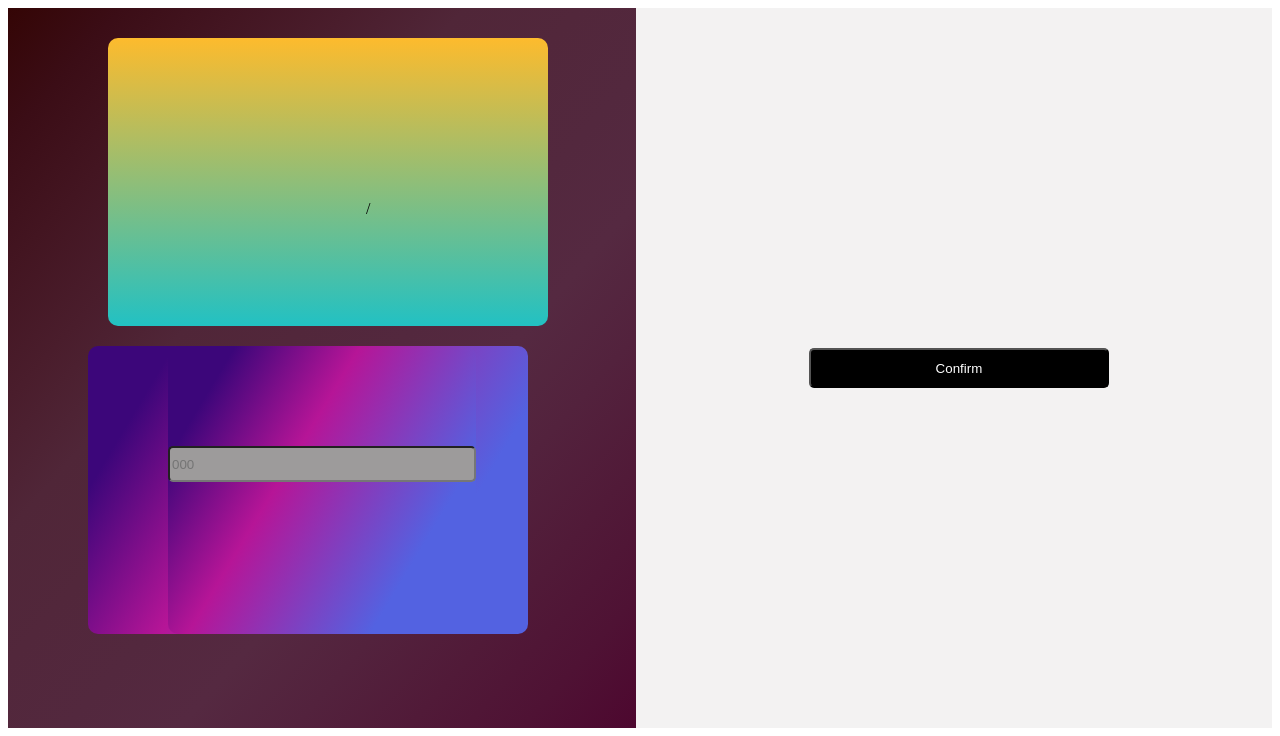
Repository: Abhi2359/frontendchallenge-1
Page: /
An editor plug-in stored every save of this project. The page is shown before and after a run of saves, followed by the edit.
The browser window is 1280 px wide. The pictures show the whole page.
The project was rebuilt for these pictures with package versions that can differ from the ones it lists, and the page was loaded fresh each time. Also part of the build but not shown: src/components/Add/Compelete.css, src/components/Add/Compelete.js.

Above is the page before, as saved 2023-02-15 17:46:35.

After the next 3 saves:
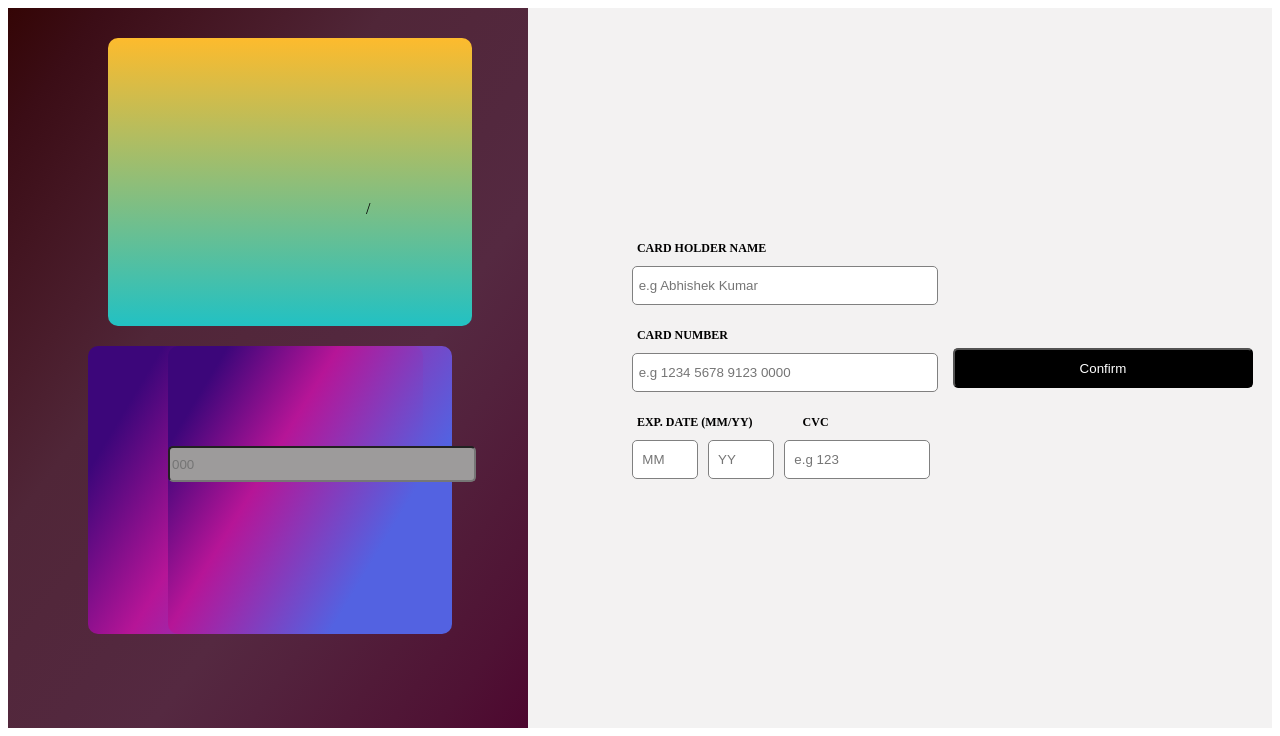
The 3 saves are shown as one change because 2 did not build or start.
The last was saved 23 s later.
--- a/src/components/Layout/Layout.js
+++ b/src/components/Layout/Layout.js
@@ -10,7 +10,7 @@ function Layout() {
   const [expMonth, setExpMonth] = useState("");
   const [expYear, setExpYear] = useState("");
   const [cvc, setCvc] = useState("");
-  const[isClicked,setIsClicked] =useState()
+  const[isClicked,setIsClicked] =useState(<Layout/>)
 
   const handleConfirm =()=>{
     setIsClicked(<Compelete/>)
